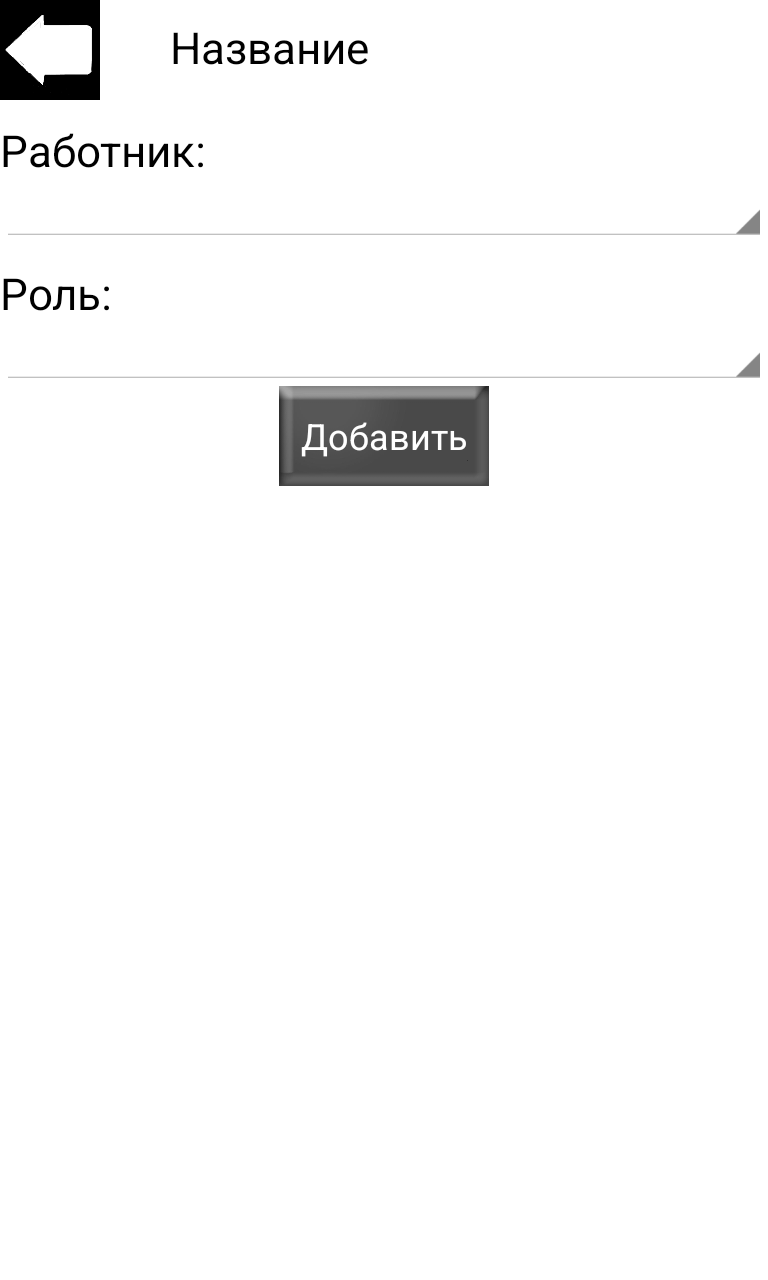
Repository: webguild/RedmineMobile
Layout: Android/RedmineAndroid/res/layout/project_add_worker.xml
These files come from the project's save history. The layout is drawn as it stood at one moment and after the next save; the edit follows.
It is drawn on a 768 x 1280 px phone screen (xhdpi) without system bars, with theme AppTheme; the app's code is not run.

Above is the layout before, as saved 2013-01-18 15:02:49.

After the next save:
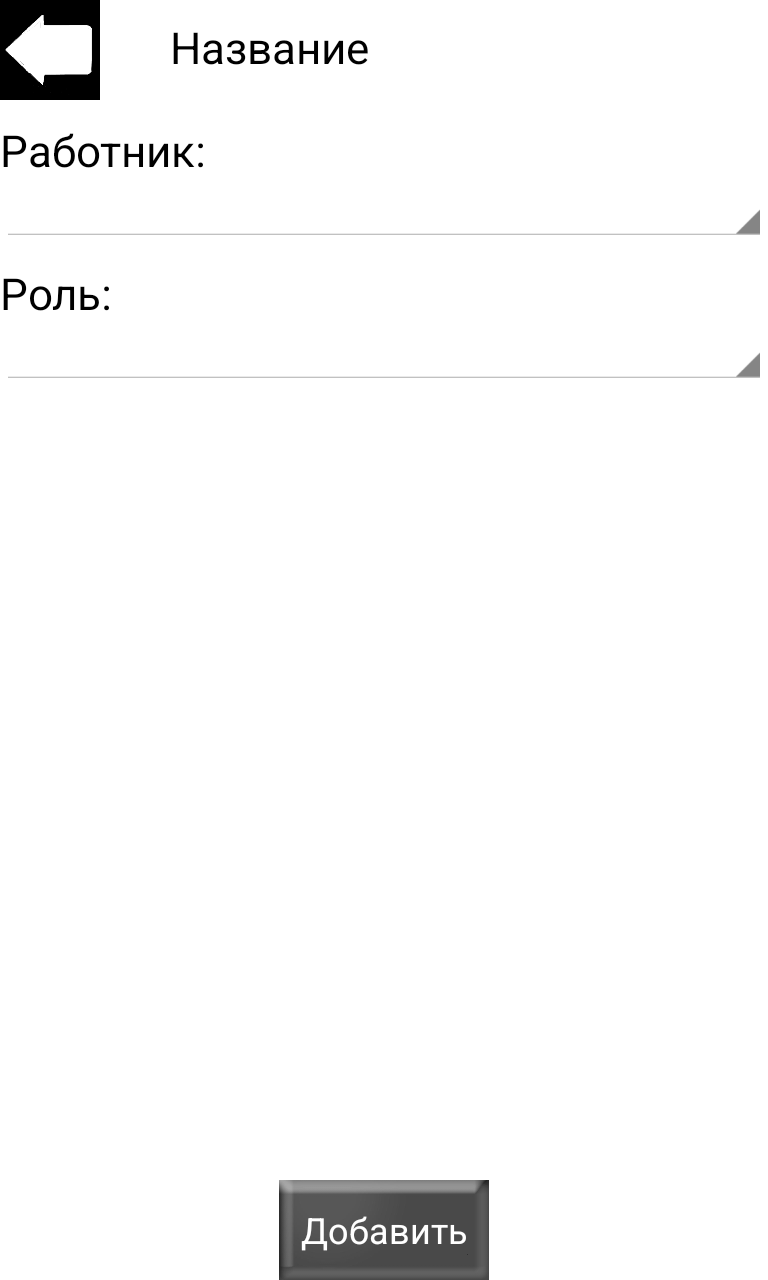
Saved 6 min 21 s later.
--- a/Android/RedmineAndroid/res/layout/project_add_worker.xml
+++ b/Android/RedmineAndroid/res/layout/project_add_worker.xml
@@ -22,7 +22,6 @@
             android:layout_marginLeft="35dp"
             android:text="Название"
             android:textAppearance="?android:attr/textAppearanceLarge" />
-
     </LinearLayout>
 
     <TextView
@@ -51,13 +50,25 @@
         android:layout_width="match_parent"
         android:layout_height="wrap_content" />
 
-    <Button
-        android:id="@+id/button2"
-        android:layout_width="105dp"
-        android:layout_height="50dp"
-        android:layout_gravity="bottom|center"
-        android:background="@drawable/darkgreybutton"
-        android:text="Добавить"
-        android:textColor="#fff" />
+    <android.widget.Space
+        android:id="@+id/space1"
+        android:layout_width="match_parent"
+        android:layout_height="wrap_content" />
+
+    <FrameLayout
+        android:id="@+id/FrameLayout1"
+        android:layout_width="fill_parent"
+        android:layout_height="fill_parent" >
+
+        <Button
+            android:id="@+id/button2"
+            android:layout_width="105dp"
+            android:layout_height="50dp"
+            android:layout_gravity="bottom|center"
+            android:background="@drawable/darkgreybutton"
+            android:text="Добавить"
+            android:textColor="#fff" />
+
+    </FrameLayout>
 
 </LinearLayout>
